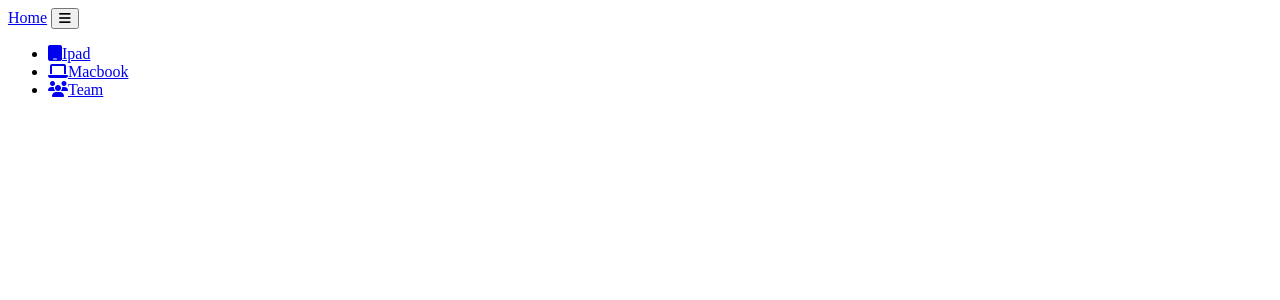
Repository: giatanha1507/apple-tailwind
Page: index.html
These files come from the project's save history. The page is drawn as it stood at one moment and after the next save; the edit follows.
The browser window is 1280 px wide. The pictures show the whole page.
Some web libraries are served in a nearby version.

Above is the page before, as saved 2021-08-26 21:39:24.

### index.html
<!DOCTYPE html>
<html lang="en">
  <head>
    <meta charset="UTF-8" />
    <meta http-equiv="X-UA-Compatible" content="IE=edge" />
    <meta name="viewport" content="width=device-width, initial-scale=1.0" />
    <title>Apple</title>
    <link rel="stylesheet" href="./build/tailwind.css" />
  </head>
  <body class="bg-black">
    <nav
      class="
        top-0
        absolute
        z-50
        w-full
        flex flex-wrap
        items-center
        justify-between
        px-2
        py-3
      "
    >
      <div
        class="
          container
          px-4
          mx-auto
          flex flex-wrap
          items-center
          justify-between
        "
      >
        <div
          class="
            w-full
            relative
            flex
            justify-between
            lg:w-auto lg:static lg:block lg:justify-start
          "
        >
          <a
            href="#"
            class="
              text-sm
              font-bold
              leading-relaxed
              inline-block
              mr-4
              py-2
              whitespace-nowrap
              uppercase
              text-white
            "
            >Home</a
          >
          <button
            class="
              cursor-pointer
              text-xl
              leading-none
              px-3
              py-1
              border border-solid border-transparent
              rounded
              bg-transparent
              block
              lg:hidden lg:outline-none
              focus:outline-none
            "
            type="button"
            onclick="toggleNavbar('ex-collapse-nav')"
          >
            <i class="text-white fas fa-bars"></i>
          </button>
        </div>
        <div
          class="
            lg:flex
            flex-grow
            items-center
            bg-white
            lg:bg-transparent lg:shadow-none
            hidden
          "
          id="ex-collapse-nav"
        >
          <ul class="flex flex-col lg:flex-row list-none mr-auto">
            <li class="flex items-center">
              <a
                href="#"
                class="
                  text-white
                  lg:hover:text-gray-300
                  text-gray-800
                  px-3
                  py-4
                  lg:py-2
                  flex
                  items-center
                  text-xs
                  uppercase
                  font-bold
                "
                ><i
                  class="
                    lg:text-gray-400
                    text-gray-500
                    fas
                    fa-tablet
                    text-lg
                    leading-lg
                    mr-2
                  "
                ></i
                >Ipad</a
              >
            </li>
            <li class="flex items-center">
              <a
                href="#"
                class="
                  text-white
                  lg:hover:text-gray-300
                  text-gray-800
                  px-3
                  py-4
                  lg:py-2
                  flex
                  items-center
                  text-xs
                  uppercase
                  font-bold
                "
                ><i
                  class="
                    lg:text-gray-400
                    text-gray-500
                    fas
                    fa-laptop
                    text-lg
                    leading-lg
                    mr-2
                  "
                ></i
                >Macbook</a
              >
            </li>
            <li class="flex items-center">
              <a
                href="#"
                class="
                  text-white
                  lg:hover:text-gray-300
                  text-gray-800
                  px-3
                  py-4
                  lg:py-2
                  flex
                  items-center
                  text-xs
                  uppercase
                  font-bold
                "
                ><i
                  class="
                    lg:text-gray-400
                    text-gray-500
                    fas
                    fa-users
                    text-lg
                    leading-lg
                    mr-2
                  "
                ></i
                >Team</a
              >
            </li>
          </ul>
        </div>
      </div>
    </nav>
    <script
      src="https://kit.fontawesome.com/9f4a14e430.js"
      crossorigin="anonymous"
    ></script>
    <script type="text/javascript" src="./js/main.js"></script>
  </body>
</html>

### js/main.js
const toggleNavbar = (collapseID) => {
  document.getElementById(collapseID).classList.toggle("hidden");
  document.getElementById(collapseID).classList.toggle("block");
};

Loaded but not shown: css/tailwind.css (common file)

After the next save:
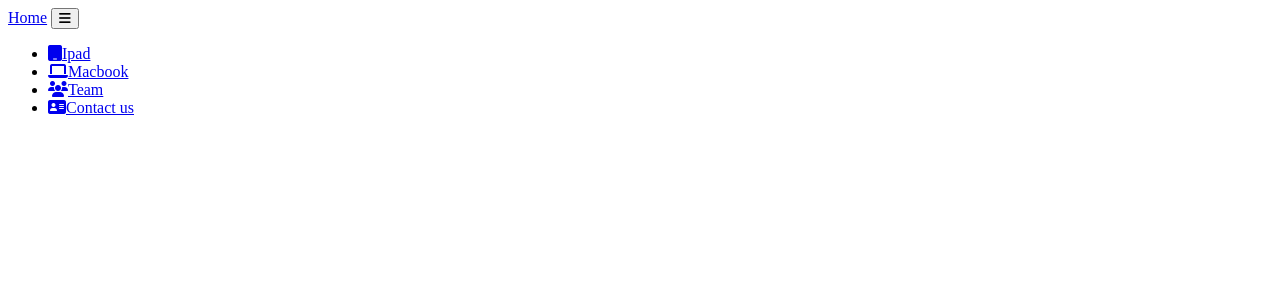
Saved 79 s later.
--- a/index.html
+++ b/index.html
@@ -177,6 +177,36 @@
                 >Team</a
               >
             </li>
+            <li class="flex items-center">
+              <a
+                href="#"
+                class="
+                  text-white
+                  lg:hover:text-gray-300
+                  text-gray-800
+                  px-3
+                  py-4
+                  lg:py-2
+                  flex
+                  items-center
+                  text-xs
+                  uppercase
+                  font-bold
+                "
+                ><i
+                  class="
+                    lg:text-gray-400
+                    text-gray-500
+                    fas
+                    fa-address-card
+                    text-lg
+                    leading-lg
+                    mr-2
+                  "
+                ></i
+                >Contact us</a
+              >
+            </li>
           </ul>
         </div>
       </div>
